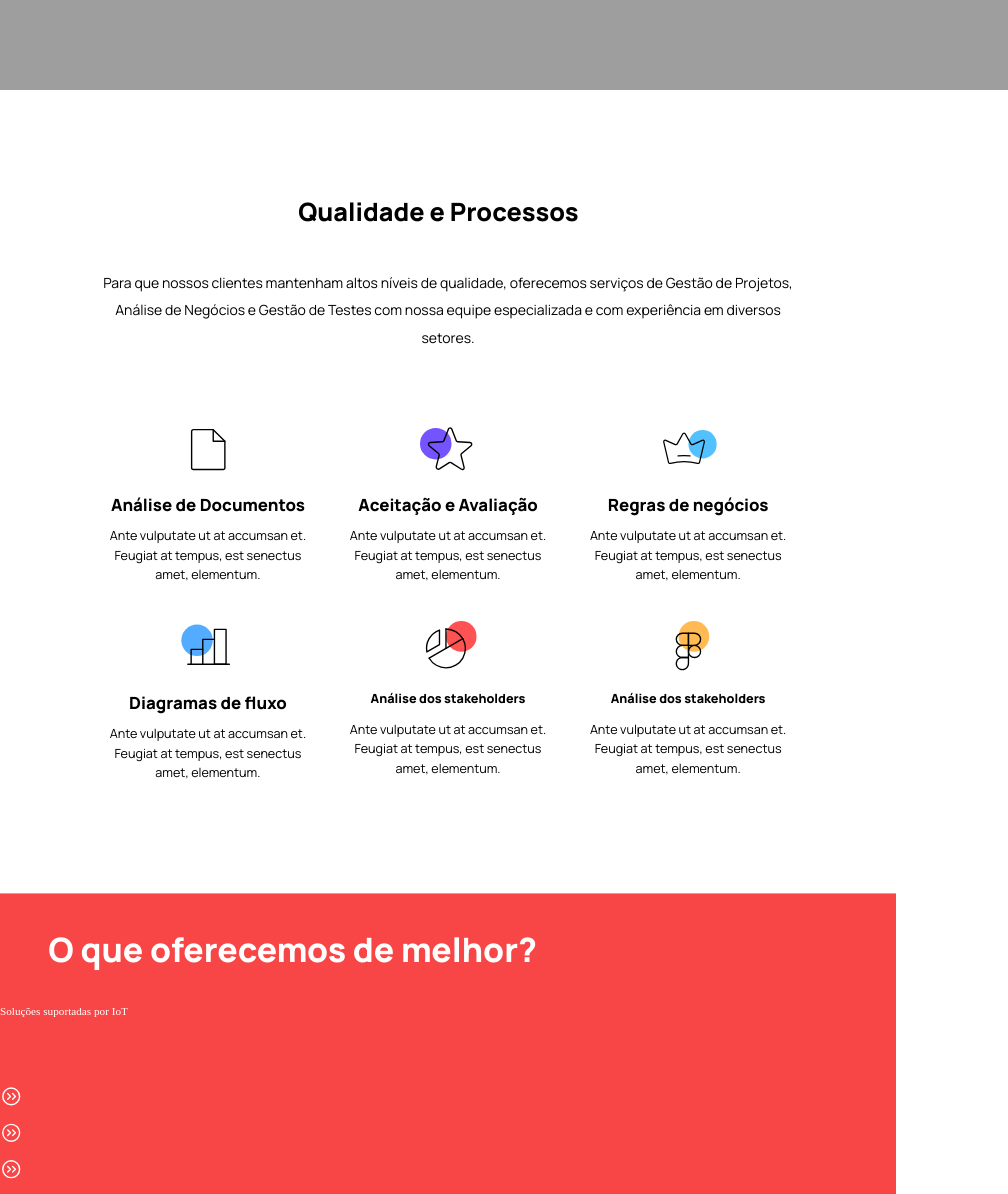
Repository: kleber-goncalves/Landing-Page-Gestao-de-projetos-dnc
Page: index.html
These files come from the project's save history. The page is drawn as it stood at one moment and after a run of saves; the edit follows.
The browser window is 1280 px wide. The page is 1440 px wide, so the pictures cover 1440 px, including what lies to the right of the window. The pictures show the part of the page from y = 626 to 2346 px (the page is 2332 px tall before and 2346 px after), at 70% of full size.
Pictures or frames that could not be fetched are drawn as grey boxes.

Above is the page before, as saved 2025-01-05 01:41:42.

### index.html
<!DOCTYPE html>
<html lang="pt-br">
<head>
    <meta charset="UTF-8">
    <meta name="viewport" content="width=device-width, initial-scale=1.0">
    <link rel="stylesheet" href="style.css">
    <link rel="preconnect" href="https://fonts.googleapis.com">
    <link rel="preconnect" href="https://fonts.gstatic.com" crossorigin>
    <link href="https://fonts.googleapis.com/css2?family=Manrope:wght@200..800&display=swap" rel="stylesheet">
    <title>Document</title>
</head>
<body>
    <main>
        <section id="topo" >
            <div id="elemnt-topo">
                <h1>Transformando em produtos digitais</h1>
                <p>Para que nossos clientes mantenham altos níveis de qualidade, oferecemos serviços de gestão de projetos e análise de negócios com nossa equipe especializada em diversos setores.</p>
            </div>
        </section>
        <section id="meio">
            <div id="txts-meio" >

                <h2>Qualidade e Processos</h2>
                <p>
                    Para que nossos clientes mantenham altos níveis de qualidade, oferecemos serviços de Gestão de Projetos, Análise de Negócios e Gestão de Testes com nossa equipe especializada e com experiência em diversos setores.
                </p>

            </div>
            <div id="icons-pai-meio" >
                <div class="card-icons" id="icons-documento">
                    <img class="img-icons" src="/img/icons-meio.img/document.svg" alt="document.svg">
                    <p class="txt-icons">Análise de Documentos</p>
                    <p class="sub-icons">Ante vulputate ut at accumsan et. Feugiat at tempus, est senectus amet, elementum.</p>
                </div>
                <div class="card-icons" id="icons-estrela">
                    <img class="img-icons" src="/img/icons-meio.img/estrela.svg" alt="estrela.svg">
                    <p class="txt-icons">Aceitação e Avaliação</p>
                    <p class="sub-icons">Ante vulputate ut at accumsan et. Feugiat at tempus, est senectus amet, elementum.</p>
                </div>
                <div class="card-icons" id="icons-coroa">
                    <img class="img-icons" src="/img/icons-meio.img/coroa.svg" alt="coroa.svg">
                    <p class="txt-icons">Regras de negócios</p>
                    <p class="sub-icons">Ante vulputate ut at accumsan et. Feugiat at tempus, est senectus amet, elementum.</p>
                </div>
                <div class="card-icons" id="icons-fluxos">
                    <img class="img-icons" src="/img/icons-meio.img/fluxo.svg" alt="fluxo.svg">
                    <p class="txt-icons">Diagramas de fluxo</p>
                    <p class="sub-icons">Ante vulputate ut at accumsan et. Feugiat at tempus, est senectus amet, elementum.</p>
                </div>
                <div class="card-icons" id="icons-bola">
                    <img class="img-icons" src="/img/icons-meio.img/bola.svg" alt="bola.svg">
                    <p class="txt-icons" id="p">Análise dos stakeholders</p>
                    <p class="sub-icons">Ante vulputate ut at accumsan et. Feugiat at tempus, est senectus amet, elementum.</p>
                </div>
                <div class="card-icons" id="icons-figma">
                    <img class="img-icons" src="/img/icons-meio.img/figma.svg" alt="figma.svg">
                    <p class="txt-icons" id="p">Análise dos stakeholders</p>
                    <p class="sub-icons">Ante vulputate ut at accumsan et. Feugiat at tempus, est senectus amet, elementum.</p>
                </div>
            </div>
        </section>



        <section id="meio-2">

            <div id="elemt1-meio-2">


                <p id="txt-meio-2">
                    O que oferecemos de melhor?
                </p>
                <p id="sub-meio-2">
                    Soluções suportadas por IoT
                </p>


            </div>

            <div id="elemt2-meio-2">

                <div class="subs-elemt2">
                    <p></p>
                </div>

                <div class="icons-elemt2">
                    <img src="/img/icons-meio.img/setas.svg" alt="setas">
                </div>

                <div class="subs-elemt2">
                    <p></p>
                </div>

                <div class="icons-elemt2">
                    <img src="/img/icons-meio.img/setas.svg" alt="setas">
                </div>
                <div class="subs-elemt2">
                    <p></p>
                </div>

                <div class="icons-elemt2">
                    <img src="/img/icons-meio.img/setas.svg" alt="setas">
                </div>

                <div class="subs-elemt2">
                    <p></p>
                </div>

            </div>

        </section>



    </main>
</body>
</html>

### style.css
body {
    margin: 0;
    font-size: 16px;
    box-sizing: border-box;
}





#topo {
    width:  1440px;
    height:  754px;
    background-image: url(/img/topo-fundo.svg);
    background-size: cover;
    background-repeat: no-repeat;
    display:flex ;
    flex-direction: column;
    justify-items: flex-start;
}

#topo > #elemnt-topo {
    margin-left: 121px;
    margin-top: 236px;
}

#elemnt-topo > h1 {
    width: 665px;
    height: 164px;
    font-family: "Manrope", serif;
    font-size: 64px;
    font-weight: 800;
    color: black;
}

#elemnt-topo > p {
    font-family: "Manrope", serif;
    width:  650px;
    height: 99px;
    font-family: Manrope;
    font-size: 20px;
    font-weight: 400;
}






#meio{
    display: flex;
    flex-direction: column;
    gap: 91px;
    margin-top: 120px;
    margin-left: 143px;
    margin-bottom: 141px;
    margin-right: 143px;
}



#txts-meio {
    display: flex;
    flex-direction: column;
    align-items: center;
}

#txts-meio > h2 {
    width: 428px;
    height: 56px;
    color: black;
    font-family: "Manrope", serif;
    font-size: 36px;
    font-weight: 800;
    line-height: 49.18px;
}


#txts-meio > p {
    width:  994px;
    height:  109px;
    color: black;
    font-family: "Manrope", serif;
    font-size: 20px;
    font-weight: 400;
    line-height: 39.5px;
    text-align: center;
}




#icons-pai-meio {
    display: grid;
    grid-template-columns: repeat(3, 1fr);
    gap: 35px;
}

.card-icons {
    display: flex;
    flex-direction: column;
    align-items: center;
}

.img-icons {
    width: 81px;
    height: 76px;
}


.txt-icons {
    width:  284px;
    height:  31px;
    font-family: "Manrope", serif;
    font-size: 24px;
    font-weight: 800;
    line-height: 32.78px;
    text-align: center;
    margin-bottom: 10px;
}

.sub-icons {
    width:  298px;
    height:  84px;
    font-family: "Manrope", serif;
    font-size: 18px;
    font-weight: 400;
    line-height: 28px;
    text-align: center;
    margin-top: 5px;
}

#icons-bola > #p, #icons-figma > #p {
    font-size: 18px;
}





#meio-2 {
    color: #FFFFFF;
    background-color: #F84646;
    display: flex;
    flex-direction: column;
    gap: 64px;
}

#txt-meio-2 {
    width: 836px;
    height: 64px;
    font-family: "Manrope", serif;
    font-size: 48px;
    font-weight: 800;
    line-height: 64px;
    text-align: center;
}


#sub-meio-2 {

}

### img/icons-meio.img/setas.svg
<svg width="32" height="32" viewBox="0 0 32 32" fill="none" xmlns="http://www.w3.org/2000/svg">
<path d="M16 28C22.6274 28 28 22.6274 28 16C28 9.37258 22.6274 4 16 4C9.37258 4 4 9.37258 4 16C4 22.6274 9.37258 28 16 28Z" stroke="white" stroke-width="2" stroke-linecap="round" stroke-linejoin="round"/>
<path d="M11 20L15 16L11 12" stroke="white" stroke-width="2" stroke-linecap="round" stroke-linejoin="round"/>
<path d="M18 20L22 16L18 12" stroke="white" stroke-width="2" stroke-linecap="round" stroke-linejoin="round"/>
</svg>

After the next 8 saves:
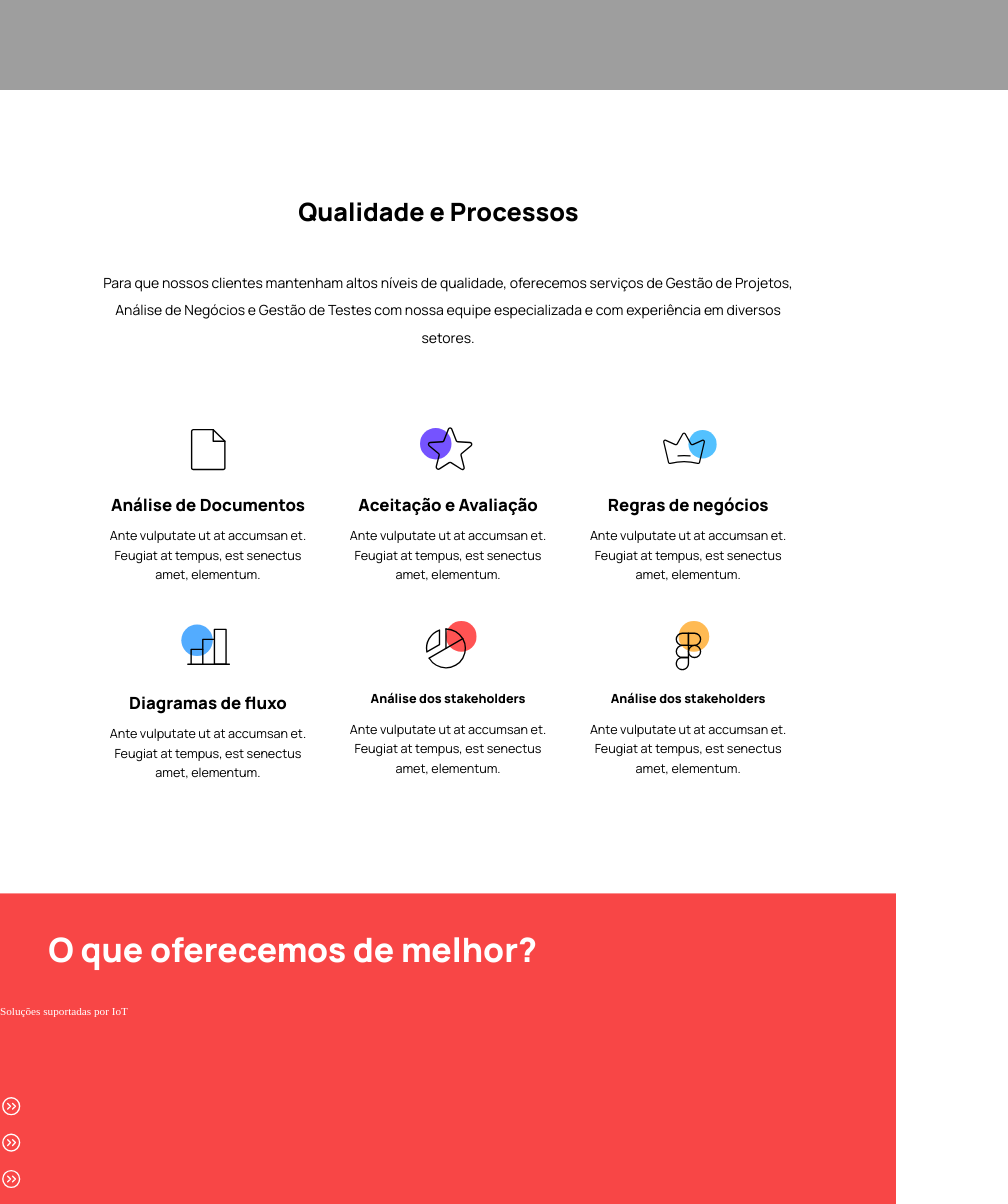
The 8 saves are shown as one change because they came seconds apart.
The last was saved 35 s later.
--- a/style.css
+++ b/style.css
@@ -158,5 +158,7 @@ body {
 
 
 #sub-meio-2 {
+    width: 836px;
+    height: 32px;
 
 }
